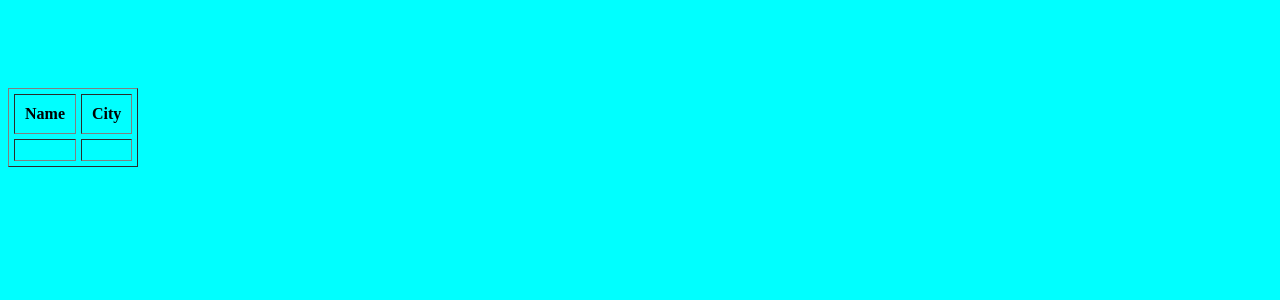
Repository: anuragtiwari3100/Java-Web-Solutions-Kit
Page: http://localhost/redirectToAnotherJspHtml/success.jsp
An editor plug-in stored every save of this project. The page is shown before and after the next save, followed by the edit.
The browser window is 1280 px wide. The pictures show the whole page.
The page is served by Tomcat 10.

Above is the page before, as saved 2024-11-21 10:09:50.

After the next save:
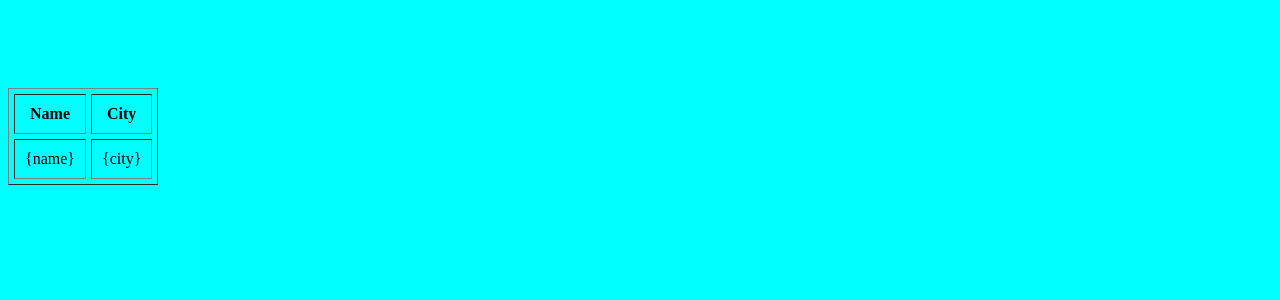
Saved 106 min 7 s later.
--- a/JspAndServlet/redirectToAnotherJspHtml/src/main/webapp/success.jsp
+++ b/JspAndServlet/redirectToAnotherJspHtml/src/main/webapp/success.jsp
@@ -7,17 +7,15 @@
 <title>The JSp Page</title>
 </head>
 <body bgcolor="cyan">
-    <h1>
-        <marquee>Welcome to our dynamic app</marquee>
-    </h1>
+    <h1><marquee>Welcome to our dynamic app</marquee></h1>
     <table border="1" cellspacing="5" cellpadding="10">
         <tr>
             <th>Name</th>
             <th>City</th>
         </tr>
         <tr>
-            <td><!-- Insert name value here --></td>
-            <td><!-- Insert city value here --></td>
+            <td>{name}</td>
+            <td>{city}</td>
         </tr>
     </table>
 </body>
